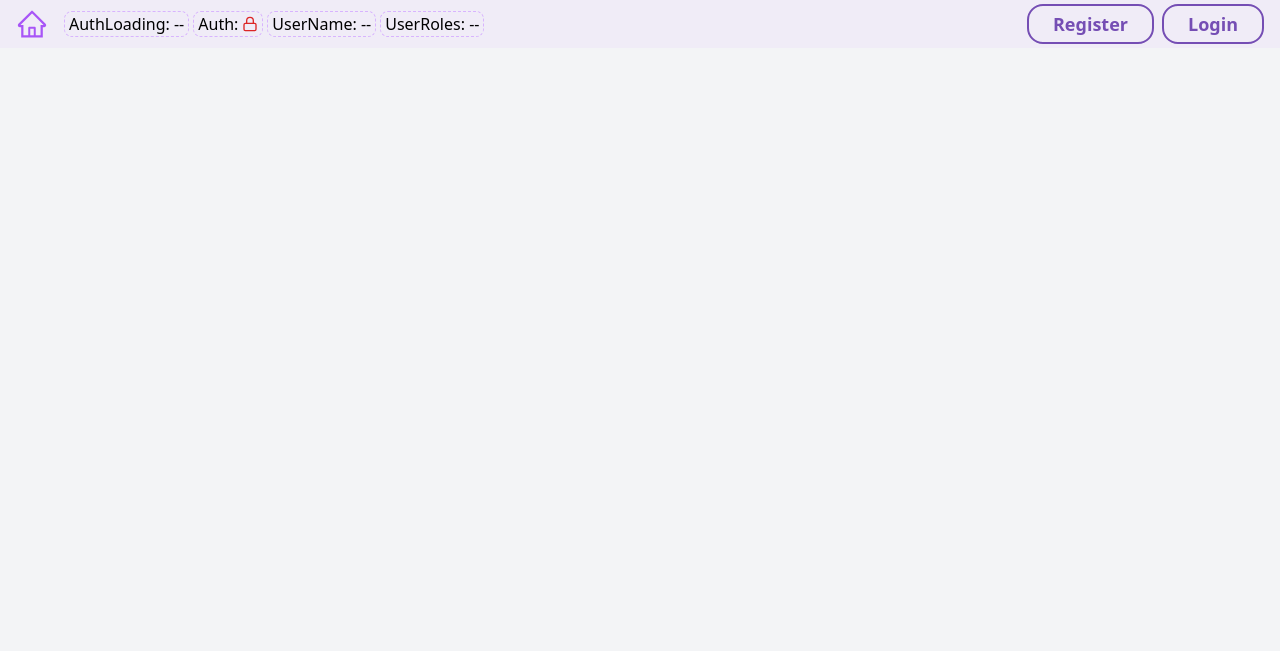
Repository: MohammadMazloum123/-Fullstack-Users-Management-Admin-Dashboard-Project
Page: /unauthorized (app in front-end/)
An editor plug-in stored every save of this project. The page is shown before and after the next save, followed by the edit.
The browser window is 1280 px wide. The pictures show the whole page.
The project was rebuilt for these pictures with package versions that can differ from the ones it lists, and the page was loaded fresh each time. Also part of the build but not shown: front-end/vite.config.ts, front-end/src/components/general/AuthSpinner.tsx, front-end/src/auth/AuthGuard.tsx, front-end/src/components/layout/SideBar.tsx, front-end/src/pages/dashboard/AdminPage.tsx, front-end/src/pages/dashboard/AllMessagesPage.tsx, front-end/src/pages/dashboard/DashboardPage.tsx, front-end/src/pages/dashboard/InboxPage.tsx and 13 more.

Above is the page before, as saved 2024-07-02 03:09:12.

After the next save:
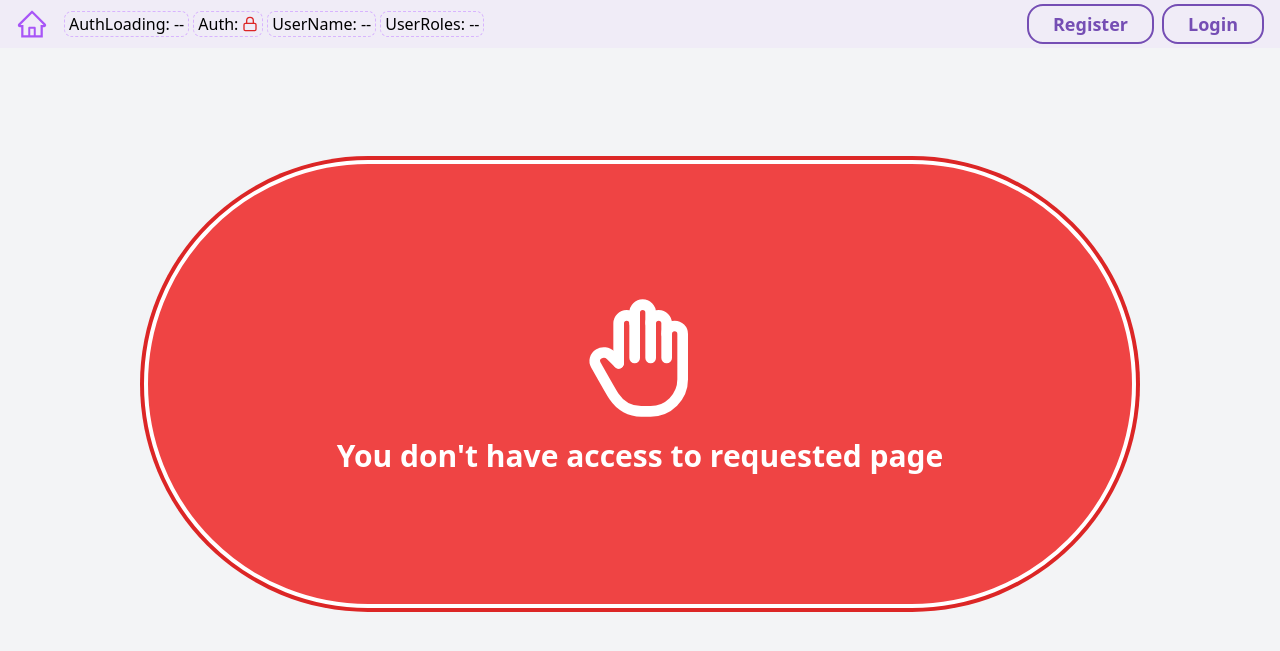
Saved 15 s later.
--- a/front-end/src/pages/public/UnauthorizedPage.tsx
+++ b/front-end/src/pages/public/UnauthorizedPage.tsx
@@ -1,9 +1,14 @@
+import { TbHandStop } from 'react-icons/tb';
+
 const UnauthorizedPage = () => {
   return (
-    <div>
+    <div className='pageTemplate1'>
+      <div className='w-full h-[448px] flex flex-col justify-center items-center gap-4 text-white bg-red-500 border-4 border-white rounded-[300px] ring-4 ring-red-600'>
+        <TbHandStop className='text-9xl ' />
+        <h1 className='text-3xl font-bold'>You don't have access to requested page</h1>
+      </div>
+    </div>
+  );
+};
 
-    </div>
-  )
-}
-
-export default UnauthorizedPage
+export default UnauthorizedPage;
